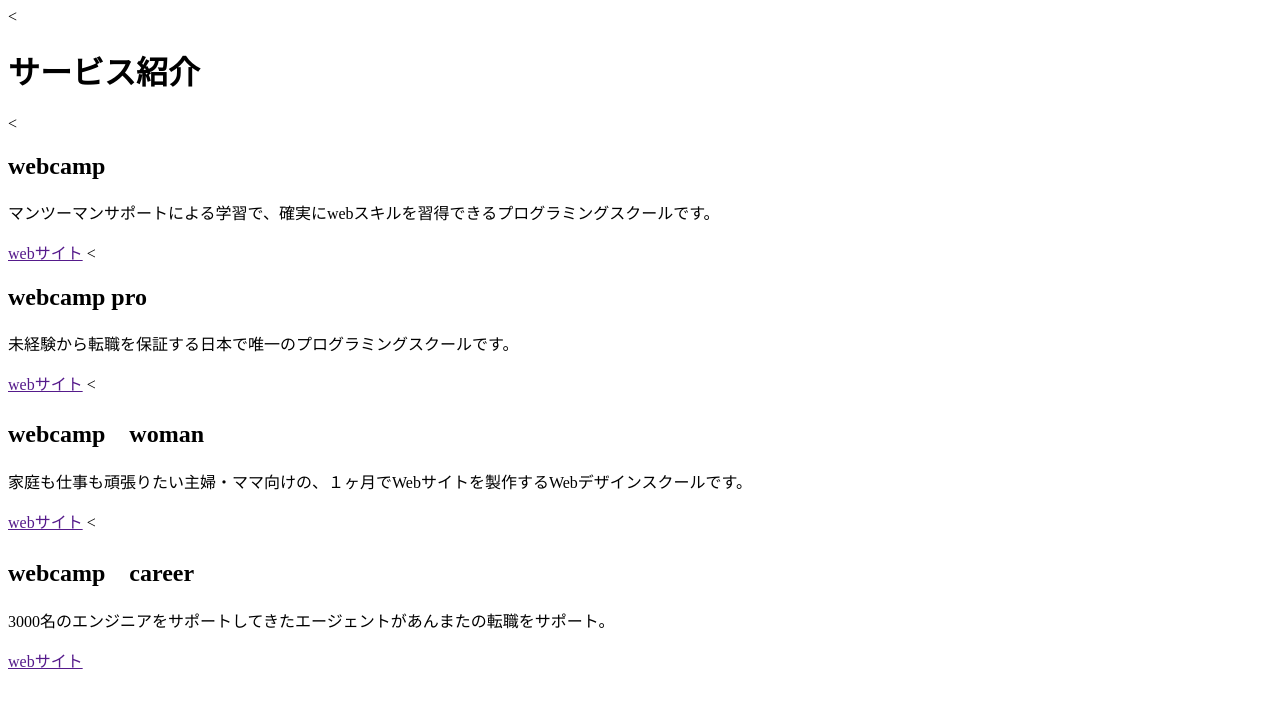
Repository: MNDMMstudy/debug_bookers2
Page: dmm/HTML/chapter2_exercise.html
The author's editor kept a record of every edit. The page is drawn from the files as they stood at one moment, then again after the next edit.
The browser window is 1280 px wide. The pictures show the whole page.

Above is the page before.

### dmm/HTML/chapter2_exercise.html
<!DOCTYPE HTML>
<html lang="ja">
  <head>
    <meta charset="UTF-8" />
    <title></title>
  </head>

  <body>
    <<h1>サービス紹介</h1>
    <<h2>webcamp</h2>
    <p>マンツーマンサポートによる学習で、確実にwebスキルを習得できるプログラミングスクールです。</p>
    <a href="">webサイト</a>
     <<h2>webcamp pro</h2>
    <p>未経験から転職を保証する日本で唯一のプログラミングスクールです。</p>
    <a href="">webサイト</a>
     <<h2>webcamp　woman</h2>
    <p>家庭も仕事も頑張りたい主婦・ママ向けの、１ヶ月でWebサイトを製作するWebデザインスクールです。</p>
    <a href="">webサイト</a>
     <<h2>webcamp　career</h2>
    <p>3000名のエンジニアをサポートしてきたエージェントがあんまたの転職をサポート。</p>
    <a href="">webサイト</a>
  </body>
</html>

After the next edit:
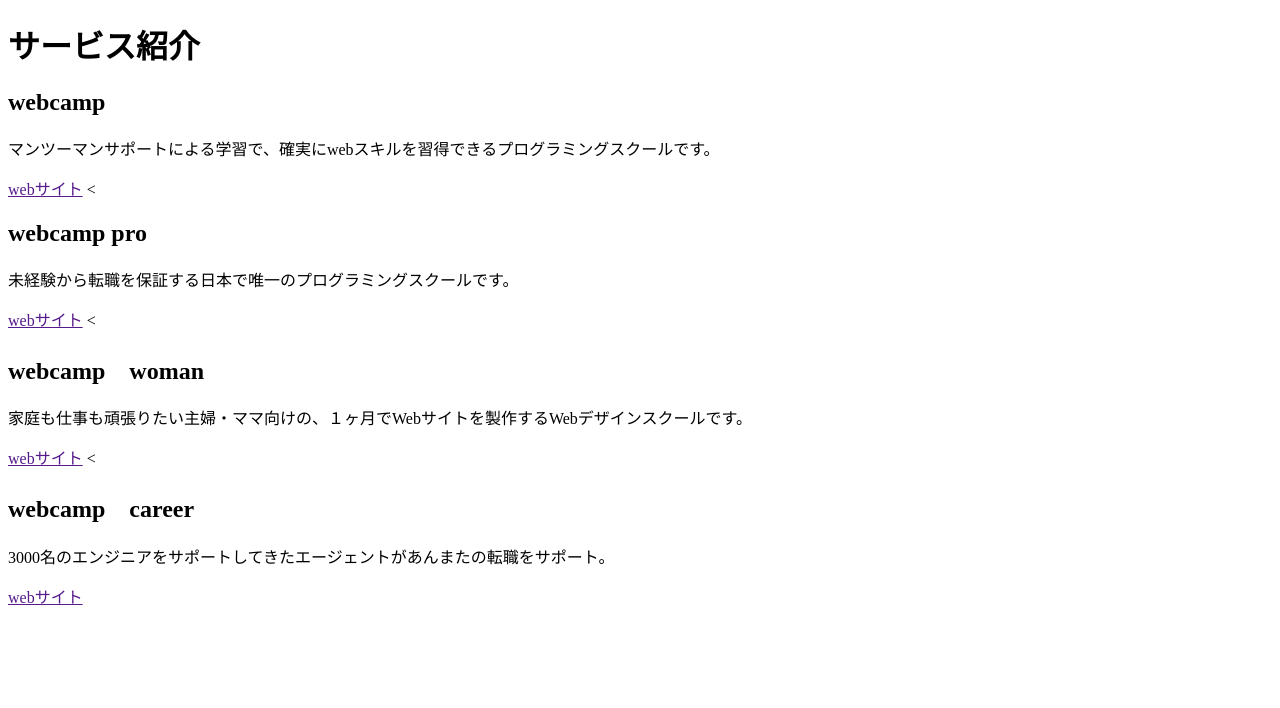
The edit:
--- a/dmm/HTML/chapter2_exercise.html
+++ b/dmm/HTML/chapter2_exercise.html
@@ -6,8 +6,8 @@
   </head>
 
   <body>
-    <<h1>サービス紹介</h1>
-    <<h2>webcamp</h2>
+    <h1>サービス紹介</h1>
+    <h2>webcamp</h2>
     <p>マンツーマンサポートによる学習で、確実にwebスキルを習得できるプログラミングスクールです。</p>
     <a href="">webサイト</a>
      <<h2>webcamp pro</h2>
